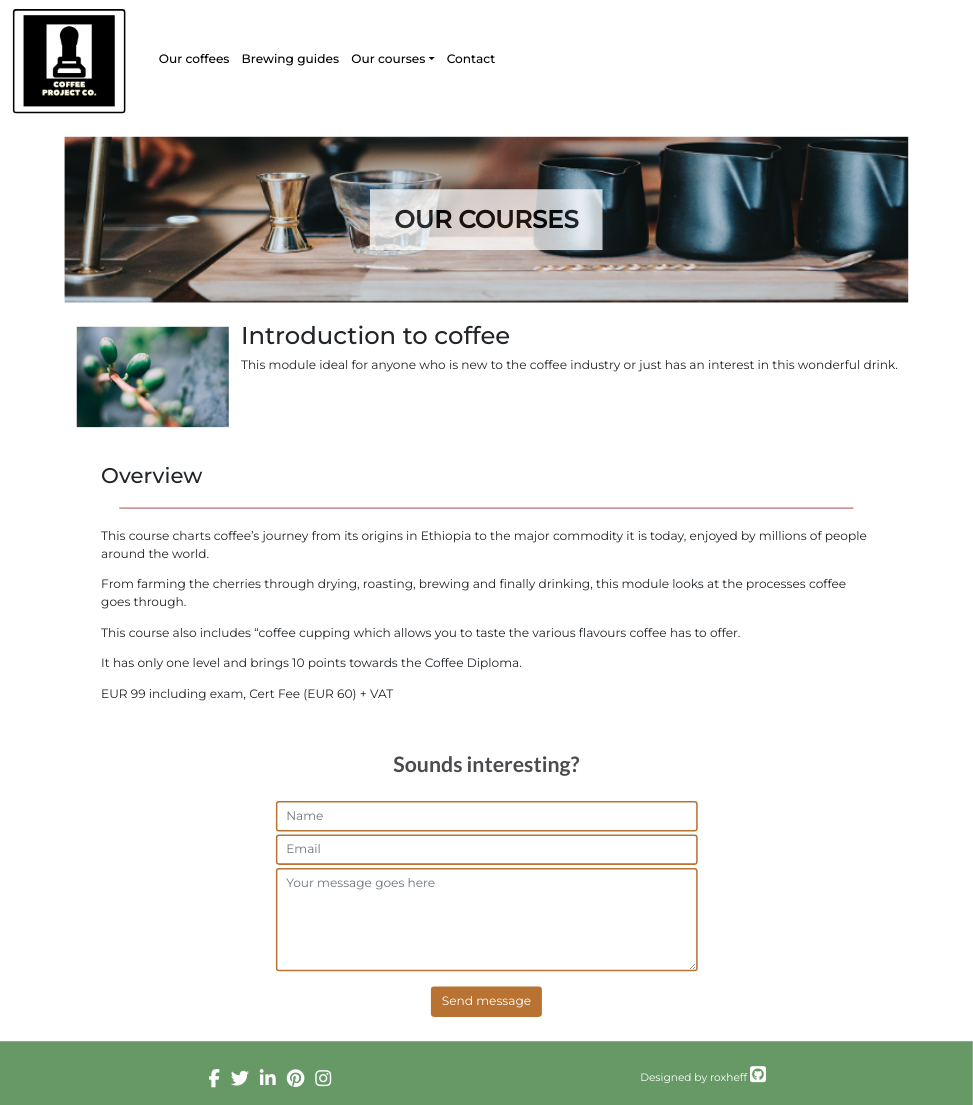
Repository: roxanahefferon/M1
Page: intro.html
The author's editor kept a record of every edit. The page is drawn from the files as they stood at one moment, then again after the next edit.
The browser window is 1280 px wide. The pictures show the whole page, at 76% of full size.
Some web libraries are served in a nearby version.

Above is the page before.

After the next edit:
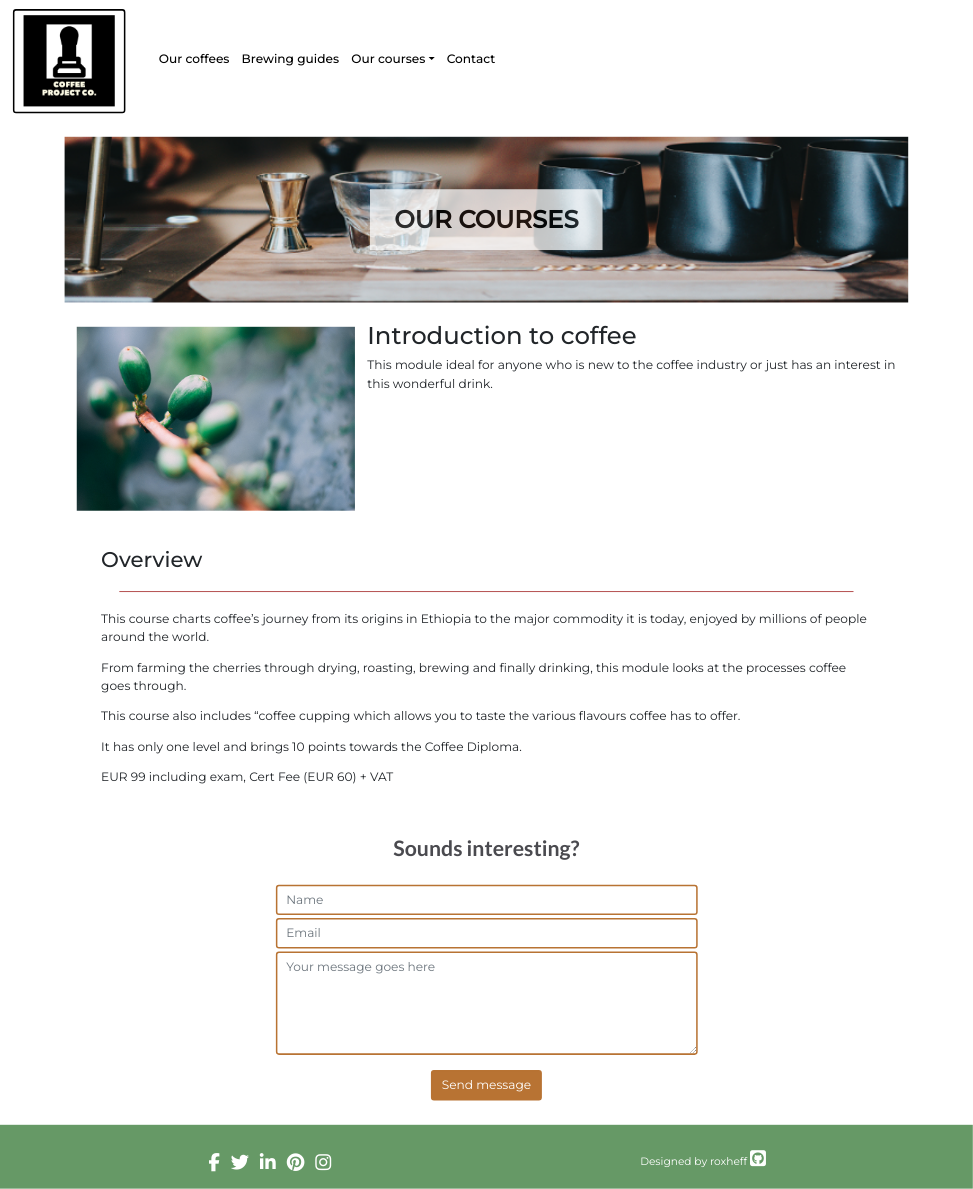
The edit:
--- a/intro.html
+++ b/intro.html
@@ -66,9 +66,8 @@
     <div class="container">
         <div class="row no-gutters">
             <div class="col-12">
-
                 <div class="media">
-                    <img src="./assets/images/intro-coffee-sca.png" alt="green coffee beans image" class="align-self-center mx-3 mt-2" style="width:200px">
+                    <img src="./assets/images/intro-coffee-sca.png" alt="green coffee beans image" class="align-self-center mx-3 mt-2" style="width:33%">
                     <div class="media-body">
                         <h2>Introduction to coffee</h2>
                         <p>This module ideal for anyone who is new to the coffee industry or just has an interest in this wonderful drink.</p>
